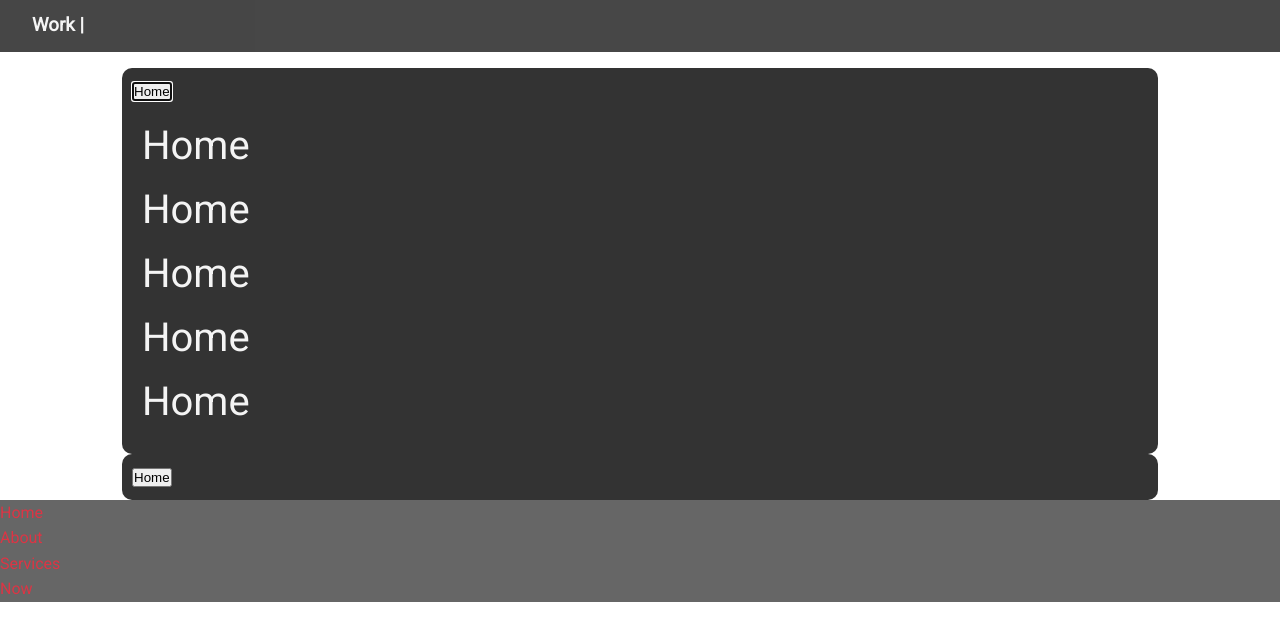
Repository: mxhdiqaim/lenviteck
Page: dist/index.html
These files come from the project's save history. The page is drawn as it stood at one moment and after the next save; the edit follows.
The browser window is 1280 px wide. The pictures show the whole page.
The first visible `.works-list button` has the focus.
Some web libraries are served in a nearby version. The style sheet was rebuilt from its Sass, Less or Tailwind sources for each picture, by a compiler version that may differ from the author's.

Above is the page before, as saved 2021-04-11 18:29:29.

### dist/index.html
<!DOCTYPE html>
<html lang="en">
<head>
    <meta charset="UTF-8">
    <meta http-equiv="X-UA-Compatible" content="IE=edge">
    <meta name="viewport" content="width=device-width, initial-scale=1.0">
    <link rel="stylesheet" href="./styles/main.css">
    <link rel="stylesheet" href="https://pro.fontawesome.com/releases/v5.10.0/css/all.css"
    integrity="sha384-AYmEC3Yw5cVb3ZcuHtOA93w35dYTsvhLPVnYs9eStHfGJvOvKxVfELGroGkvsg+p" crossorigin="anonymous" />
    <title>Shop Work</title>
</head>
<body>

  <section class="content">
    <nav class="navbar bg-dark">
        <div class="logo">
            <h1>Work <span>|</span></h1>
        </div>
    </nav>


    <section class="container">
       <div class="works-list">
           <button>Home</button>
           <ul>
               <li>Home</li>
               <li>Home</li>
               <li>Home</li>
               <li>Home</li>
               <li>Home</li>
           </ul>
       </div>
       <div class="works-list">
        <button>Home</button>
        <ul>
            <li>Home</li>
            <li>Home</li>
            <li>Home</li>
            <li>Home</li>
            <li>Home</li>
        </ul>
    </div>
    </section>
</section>
    <footer>
        <ul>
            <li><a href="#">Home</a></li>
            <li><a href="#">About</a></li>
            <li><a href="#">Services</a></li>
            <li><a href="#">Now</a></li>
        </ul>
    </footer>
</body>
</html>

### dist/styles/main.scss
// Import
@import url('https://fonts.googleapis.com/css?family=Roboto');

// Global variables
$primary-color: #dc3545;
$dark-color: #333333;
$light-color: #f4f4f4;
$danger-color: #dc3545;
$success-color: #28a745;

* {
  padding: 0;
  margin: 0;
  box-sizing: border-box;
}

body {
  font-family: 'Roboto', sans-serif;
  font-size: 1rem;
  line-height: 1.6;
  background-color: #fff;
  color: #333;
}

a {
  color: $primary-color;
  text-decoration: none;

  &:hover {
    color: #666;
  }
}

ul {
  list-style: none;
}

img {
  width: 100%;
}

.container {
  max-width: 1100px;
  margin: auto;
  overflow: hidden;
  padding: 0 2rem;
  cursor: pointer;
  transition: all 5s ease;

    div {
      padding: 10px;
      background: $dark-color;
      color: $light-color   ;
      border-radius: 10px;

      ul {
        padding: 10px;
        display: none;
      }
    }
}

.works-list button:focus + ul {
  display: block;
  font-size: 40px;
}


// cards

.card {
  padding: 1rem;
  border: #ccc 1px dotted;
  margin: 0.7rem 0;
}

.btn {
  display: inline-block;
  background: var(--light-color);
  color: #333;
  padding: 0.4rem 1.3rem;
  font-size: 1rem;
  border: none;
  cursor: pointer;
  margin-right: 0.5rem;
  transition: opacity 0.2s ease-in;
  outline: none;
}




.navbar {
  display: flex;
  justify-content: space-between;
  align-items: center;
  padding: 0.7rem 2rem;
  z-index: 1;
  width: 100%;
  background: $dark-color;
  opacity: 0.9;
  color: $light-color;
  margin-bottom: 1rem;
}

.navbar ul {
  display: flex;
}

.navbar a {
  color: #fff;
  padding: 0.45rem;
  margin: 0 0.25rem;
}

.navbar a:hover {
  color: $light-color;
}


// Footer
footer {
  background: lighten($dark-color, 20);
 display: flex;
}

After the next save:
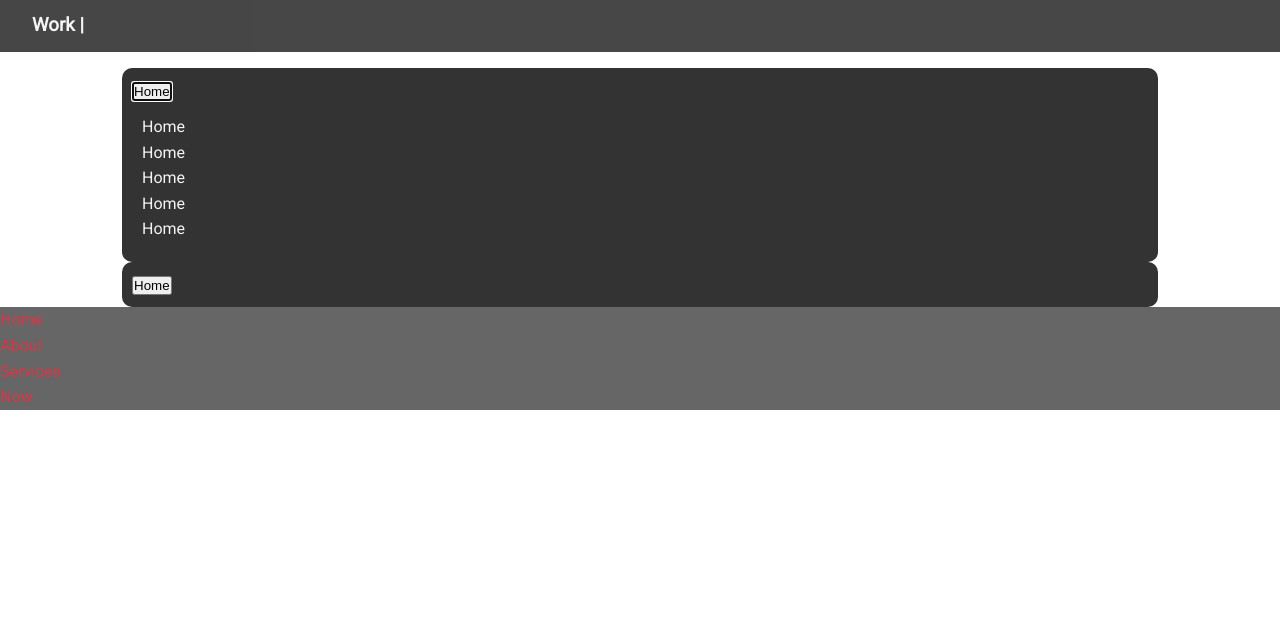
Saved 29 s later.
--- a/dist/styles/main.scss
+++ b/dist/styles/main.scss
@@ -62,7 +62,7 @@ img {
 
 .works-list button:focus + ul {
   display: block;
-  font-size: 40px;
+
 }
 
 
